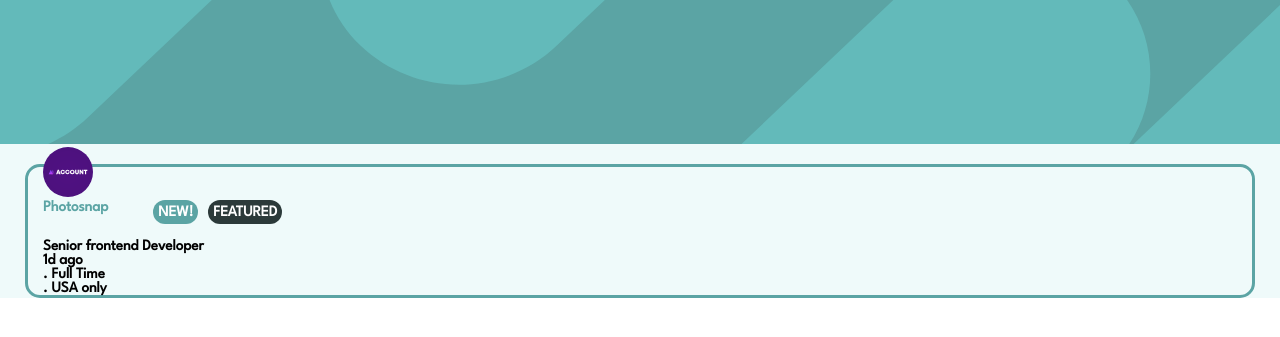
Repository: DevLaukey/job-listing
Page: /
These files come from the project's save history. The page is drawn as it stood at one moment and after the next save; the edit follows.
The browser window is 1280 px wide. The pictures show the whole page.
Some web fonts or font styles are not loaded; a fallback is used. The project was rebuilt for these pictures with package versions that can differ from the ones it lists, and the page was loaded fresh each time.

Above is the page before, as saved 2022-06-02 16:35:20.

After the next save:
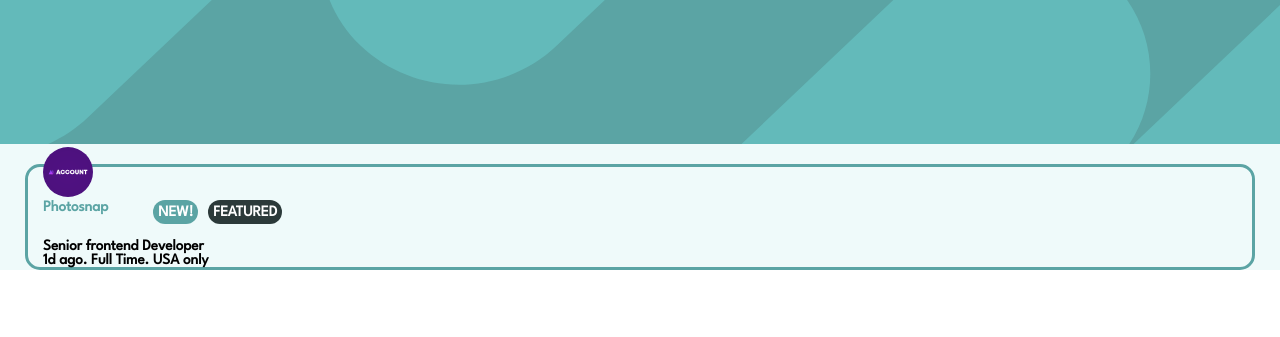
Saved 16 s later.
--- a/src/components/styles.css
+++ b/src/components/styles.css
@@ -42,6 +42,9 @@ margin-right:3em;
 .title{
     margin-top: 15px;
 }
+.list{
+    display: flex;
+}
 /* media query */
 
 @media screen and (min-width: 768px ){
